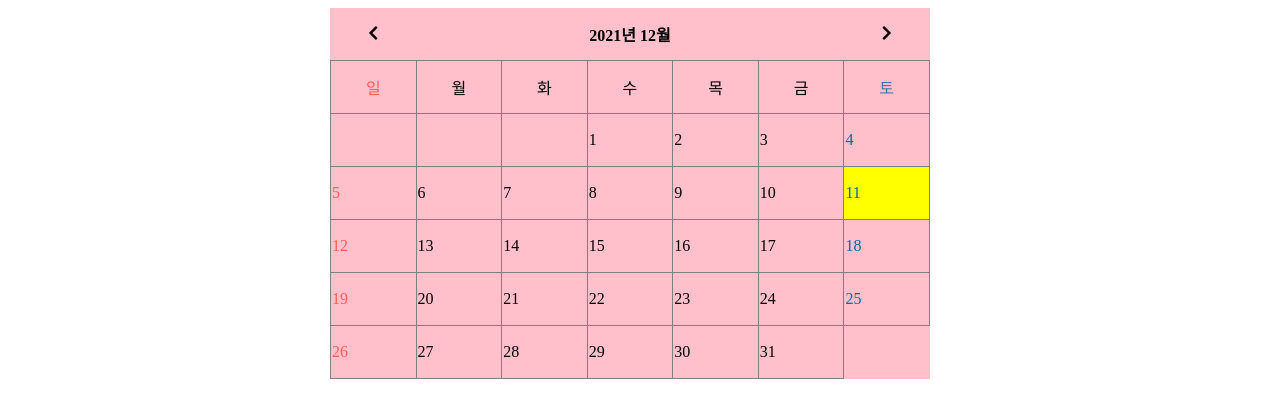
Repository: shin-sj/Checkkeu
Page: http://localhost/test2/WEB-INF/user/calendar.jsp
These files come from the project's save history. The page is drawn as it stood at one moment and after a run of saves; the edit follows.
The browser window is 1280 px wide. The pictures show the whole page.
Some web libraries are served in a nearby version. The page is served by Tomcat 9. Nobody is signed in. The template is opened directly, without the code that normally fills it, so the values that code supplies are empty.

Above is the page before, as saved 2021-12-15 15:55:01.

After the next 2 saves:
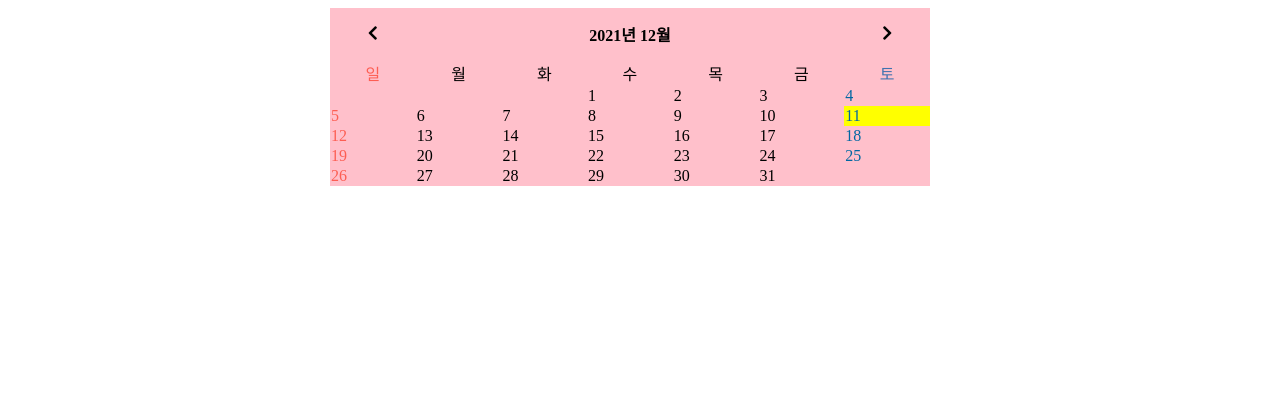
The 2 saves are shown as one change because they came seconds apart.
The last was saved 47 s later.
--- a/test2/src/main/webapp/WEB-INF/user/calendar.jsp
+++ b/test2/src/main/webapp/WEB-INF/user/calendar.jsp
@@ -39,7 +39,7 @@
 		background-color: pink;
 
 	}
-	td{
+	#calTd {
 		width: 100px;
 		height: 50px;
 		border: solid 0.5px gray;
@@ -260,13 +260,13 @@
 								class="fas fa-chevron-right"></i></label></th>
 					</tr>
 					<tr>
-						<td align="center"><font color="#FD5E53">일</font></td>
-						<td align="center">월</td>
-						<td align="center">화</td>
-						<td align="center">수</td>
-						<td align="center">목</td>
-						<td align="center">금</td>
-						<td align="center"><font color="#3F72AF">토</font></td>
+						<td class="calTd" align="center"><font color="#FD5E53">일</font></td>
+						<td class="calTd" align="center">월</td>
+						<td class="calTd" align="center">화</td>
+						<td class="calTd" align="center">수</td>
+						<td class="calTd" align="center">목</td>
+						<td class="calTd" align="center">금</td>
+						<td class="calTd" align="center"><font color="#3F72AF">토</font></td>
 					</tr>
 				</table>
 				<script>

After the save that followed:
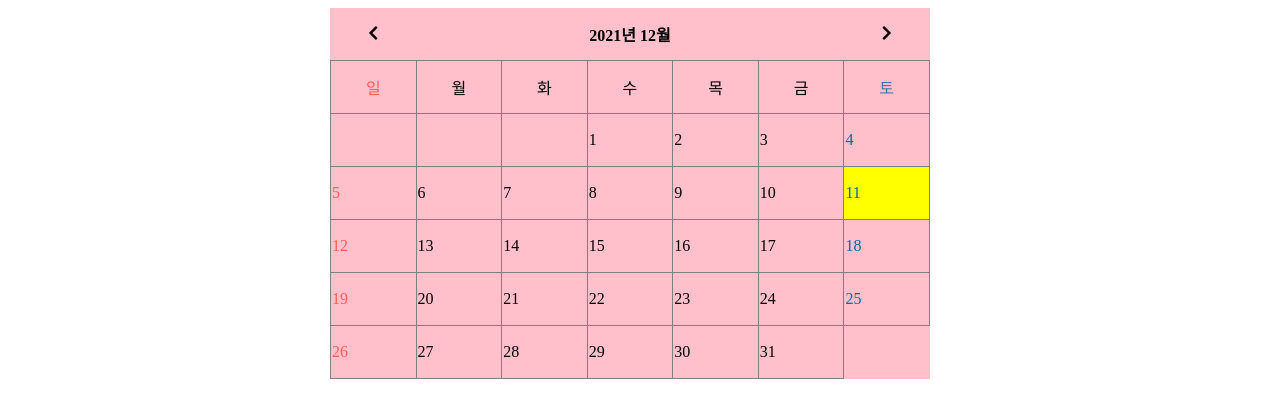
Saved 38 s later.
--- a/test2/src/main/webapp/WEB-INF/user/calendar.jsp
+++ b/test2/src/main/webapp/WEB-INF/user/calendar.jsp
@@ -39,7 +39,7 @@
 		background-color: pink;
 
 	}
-	#calTd {
+	td{
 		width: 100px;
 		height: 50px;
 		border: solid 0.5px gray;
@@ -260,13 +260,13 @@
 								class="fas fa-chevron-right"></i></label></th>
 					</tr>
 					<tr>
-						<td class="calTd" align="center"><font color="#FD5E53">일</font></td>
-						<td class="calTd" align="center">월</td>
-						<td class="calTd" align="center">화</td>
-						<td class="calTd" align="center">수</td>
-						<td class="calTd" align="center">목</td>
-						<td class="calTd" align="center">금</td>
-						<td class="calTd" align="center"><font color="#3F72AF">토</font></td>
+						<td align="center"><font color="#FD5E53">일</font></td>
+						<td align="center">월</td>
+						<td align="center">화</td>
+						<td align="center">수</td>
+						<td align="center">목</td>
+						<td align="center">금</td>
+						<td align="center"><font color="#3F72AF">토</font></td>
 					</tr>
 				</table>
 				<script>
